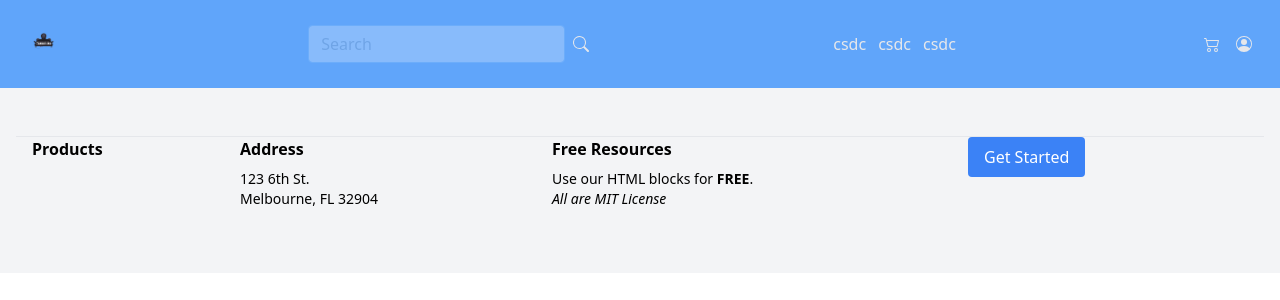
Repository: DevLaukey/Jitu-final
Page: / (app in frontend/)
These files come from the project's save history. The page is drawn as it stood at one moment and after the next save; the edit follows.
The browser window is 1280 px wide. The pictures show the whole page.
The project was rebuilt for these pictures with package versions that can differ from the ones it lists, and the page was loaded fresh each time.

Above is the page before, as saved 2022-07-13 14:06:41.

### frontend/src/index.js
import React from 'react';
import ReactDOM from 'react-dom/client';
import './index.css';
import App from './App';
import {store } from './redux/store';
import {Provider} from 'react-redux';
const root = ReactDOM.createRoot(document.getElementById('root'));
root.render(
  <Provider store={store}>
    <App />
  </Provider>
);

### frontend/src/App.js
import Footer from "./components/Footer";
import Navbar from "./components/Navbar";

function App() {
  return (
    <div className="">
      <Navbar />
      <Footer />
    </div>
  );
}

export default App;

### frontend/src/components/Footer.js
import React from "react";

function Footer() {
  return (
    <footer class="footer-1 bg-gray-100 py-8 sm:py-12">
      <div class="container mx-auto px-4">

        <div class="sm:flex sm:flex-wrap border-t">
          <div class="sm:w-full px-4 md:w-1/6">
            <strong>Products</strong>
          </div>
          <div class="px-4 sm:w-1/2 md:w-1/4 mt-4 md:mt-0">
            <h6 class="font-bold mb-2">Address</h6>
            <address class="not-italic mb-4 text-sm">
              123 6th St.
              <br />
              Melbourne, FL 32904
            </address>
          </div>
          <div class="px-4 sm:w-1/2 md:w-1/4 mt-4 md:mt-0">
            <h6 class="font-bold mb-2">Free Resources</h6>
            <p class="mb-4 text-sm">
              Use our HTML blocks for <strong>FREE</strong>.<br />
              <em>All are MIT License</em>
            </p>
          </div>
          <div class="px-4 md:w-1/4 md:ml-auto mt-6 sm:mt-4 md:mt-0">
            <button class="px-4 py-2 bg-blue-500 hover:bg-blue-500 rounded text-white">
              Get Started
            </button>
          </div>
        </div>
      </div>
    </footer>
  );
}

export default Footer;

### frontend/src/components/Navbar.js
import React from "react";
import logo from "./logo.jpg";
import { BsCart2, BsPersonCircle, BsSearch } from "react-icons/bs";
function Navbar() {
  return (
    <header className="flex space-x-4 items-center justify-between align-middle  p-4 bg-blue-400">
      <div className="text-center ">
        <img className="aspect-square w-14" src={logo} alt="" />
      </div>
      <div class="flex items-center justify-center">
        <div class="input-group flex  items-stretch w-full  rounded">
          <input
            type="search"
            class="form-control  flex-auto min-w-0 block w-full px-3 py-1.5 text-base font-normal   bg-clip-padding border border-solid border-blue-300 rounded transition ease-in-out m-0 focus:text-white-900 focus:bg-white focus:border-blue-600 focus:outline-none opacity-25"
            placeholder="Search"
            aria-label="Search"
            aria-describedby="button-addon2"
          />
          <span
            class="input-group-text flex items-center px-2 py-1.5 text-base font-normal text-gray-200 text-center whitespace-nowrap rounded"
            id="basic-addon2"
          >
            <BsSearch />
          </span>
        </div>
      </div>
      <div>
        <ul className="hidden text-gray-200 py-1.5 md:flex space-x-3 text-center">
          <li>csdc</li>
          <li>csdc</li>
          <li>csdc</li>
        </ul>
      </div>
      <div class="space-x-4 text-gray-200 flex  px-3 py-2.5  text-center whitespace-nowrap rounded">
        <BsCart2 />
        <BsPersonCircle />
      </div>
    </header>
  );
}

export default Navbar;

Loaded but not shown: frontend/public/index.html (common file); frontend/src/index.css (common file); frontend/src/redux/store.js (common file); frontend/tailwind.config.js (common file)

After the next save:
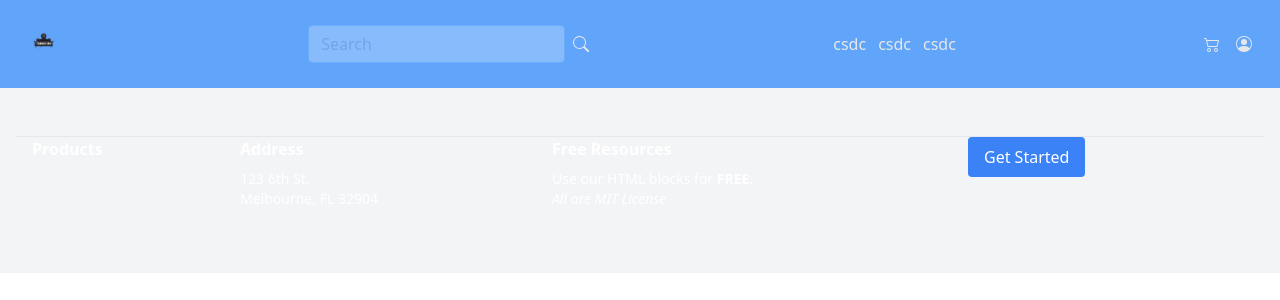
Saved 64 s later.
--- a/frontend/src/components/Footer.js
+++ b/frontend/src/components/Footer.js
@@ -2,7 +2,7 @@ import React from "react";
 
 function Footer() {
   return (
-    <footer class="footer-1 bg-gray-100 py-8 sm:py-12">
+    <footer class="footer-1 text-white bg-gray-100 py-8 sm:py-12">
       <div class="container mx-auto px-4">
 
         <div class="sm:flex sm:flex-wrap border-t">
